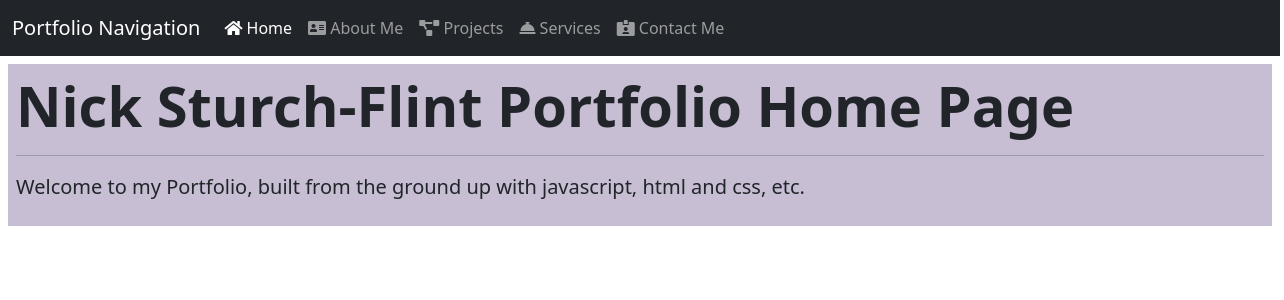
Repository: GarlicButterBoy/Portfolio
Page: index.html
The author's editor kept a copy of each file at every save. The page is drawn from the files as they stood at one save, then again after a run of saves.
The browser window is 1280 px wide. The page is 1284 px wide, so the pictures cover 1284 px, including what lies to the right of the window. The pictures show the whole page.

Above is the page before, as saved 2021-05-31 12:16:19.

### index.html
<!DOCTYPE html>
<html lang="en">
<head>
    <meta charset="UTF-8">
    <meta http-equiv="X-UA-Compatible" content="IE=edge">
    <meta name="viewport" content="width=device-width, initial-scale=1.0">
    <title>Nick Sturch-Flint Portfolio</title>
    <link rel="stylesheet" href="./node_modules/bootstrap/dist/css/bootstrap.min.css">
    <link rel="stylesheet" href="./node_modules/@fortawesome/fontawesome-free/css/all.min.css">
    <link rel="stylesheet" href="./Content/app.css">
</head>
<body>
  <!-- Main Navigation -->
    <nav class="navbar navbar-expand-lg navbar-dark bg-dark">
        <div class="container-fluid">
          <a class="navbar-brand" href="#">Portfolio Navigation</a>
          <button class="navbar-toggler" type="button" data-bs-toggle="collapse" data-bs-target="#navbarNavAltMarkup" aria-controls="navbarNavAltMarkup" aria-expanded="false" aria-label="Toggle navigation">
            <span class="navbar-toggler-icon"></span>
          </button>
          <div class="collapse navbar-collapse" id="navbarNavAltMarkup">
            <div class="navbar-nav ml-auto">
              <a class="nav-link active" aria-current="page" href="#"><i class="fas fa-home"></i> Home</a>
              <a class="nav-link" href="#"><i class="fas fa-address-card"></i> About Me</a>
              <a class="nav-link" href="#"><i class="fas fa-project-diagram"></i> Projects</a>
              <a class="nav-link" href="#"><i class="fas fa-concierge-bell"></i> Services</a>
              <a class="nav-link" href="#"><i class="fas fa-id-card-alt"></i> Contact Me</a>
            </div>
          </div>
        </div>
      </nav>
      <!-- End of Main Navigation -->

      <div class="containrer p-2">
        <div class="row">
          <div class="col">
            <main class="jumbotron p-2">
              <h1 class="display-4" id="heading1">Hello, world!</h1><hr/>
              <p class="lead">Welcome to my Portfolio, built from the ground up with javascript, html and css, etc.</p>
            </main>
          </div>
        </div>
      </div>


      <!-- Third Party Libraries -->
      <script src="./node_modules/jquery/dist/jquery.min.js"></script>
      <script src="./node_modules/bootstrap/dist/js/bootstrap.min.js"></script>

      <!-- Third Party Libraries -->
    <script src="./Scripts/app.js"></script>
</body>
</html>

### Content/app.css
.jumbotron {
    background-color: #c7bed3;
  }

### Scripts/app.js
//IIFE - Immediately Invoked Function Expression
// OR - Anonymous Self Executing Function
(function()
{



    function Start()
    {
        console.log("App Started");

        let firstHeading = document.getElementById("heading1");
        firstHeading.textContent = "Nick Sturch-Flint Portfolio Home Page";
        //document.getElementById("heading1").textContent = "Nick Sturch-Flint Portfolio Home Page";

        firstHeading.style.fontWeight = "bold";
    }

    window.addEventListener("load", Start);
})();

Loaded but not shown: node_modules/bootstrap/dist/css/bootstrap.min.css (library); node_modules/@fortawesome/fontawesome-free/css/all.min.css (library); node_modules/jquery/dist/jquery.min.js (library); node_modules/bootstrap/dist/js/bootstrap.min.js (library)

After the next 4 saves:
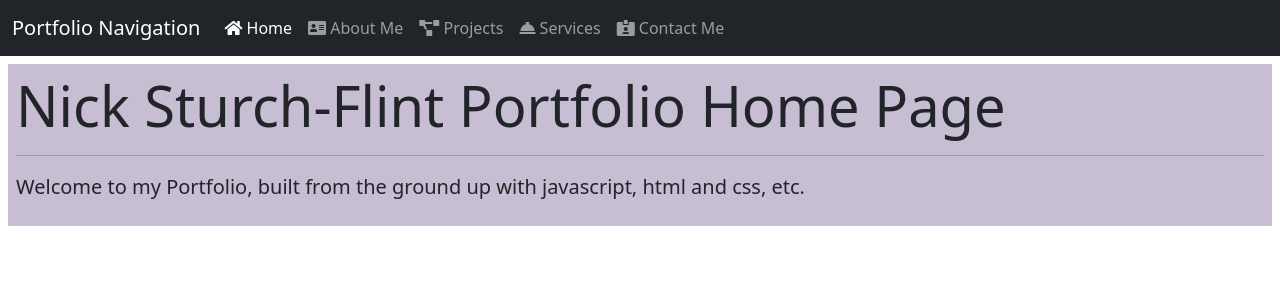
The 4 saves are shown as one change because they came seconds apart.
The last was saved 97 s later.
--- a/Scripts/app.js
+++ b/Scripts/app.js
@@ -7,13 +7,11 @@
 
     function Start()
     {
+
         console.log("App Started");
 
-        let firstHeading = document.getElementById("heading1");
-        firstHeading.textContent = "Nick Sturch-Flint Portfolio Home Page";
-        //document.getElementById("heading1").textContent = "Nick Sturch-Flint Portfolio Home Page";
+        document.getElementById("heading1").textContent = "Nick Sturch-Flint Portfolio Home Page";
 
-        firstHeading.style.fontWeight = "bold";
     }
 
     window.addEventListener("load", Start);
